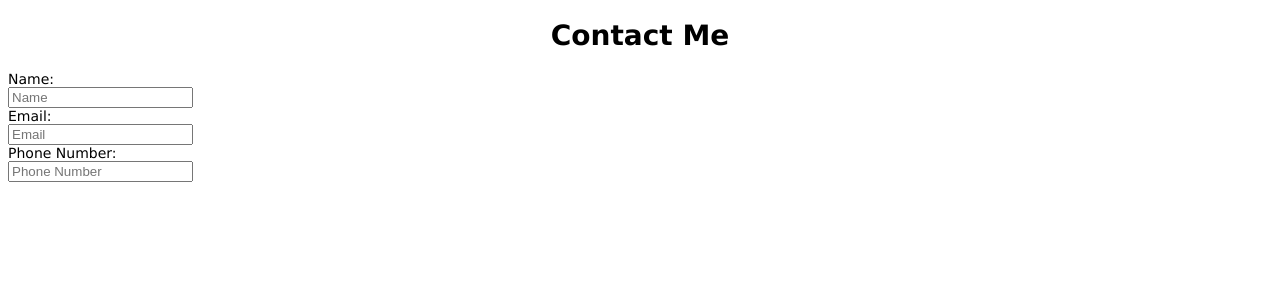
Repository: JanakanS95/COMP-229-Assignment-1
Page: http://localhost/contact
These files come from the project's save history. The page is drawn as it stood at one moment and after the next save; the edit follows.
The browser window is 1280 px wide. The pictures show the whole page.
The page is served by the project's Node server (app.js).

Above is the page before, as saved 2021-06-03 17:06:47.

After the next save:
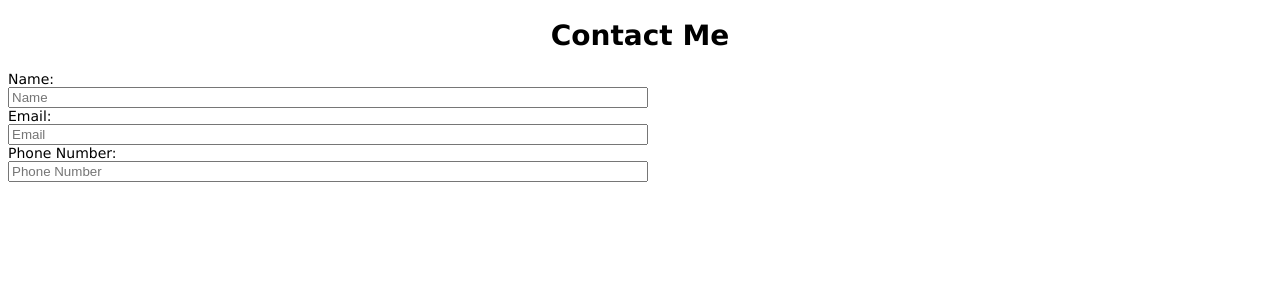
Saved 14 s later.
--- a/views/contact.ejs
+++ b/views/contact.ejs
@@ -6,7 +6,7 @@
   </head>
   <body>
     <h1><%= title %></h1>
-    <div>
+    <div class = 'container'>
         <form>
             <label>Name:</label>
             <br>
